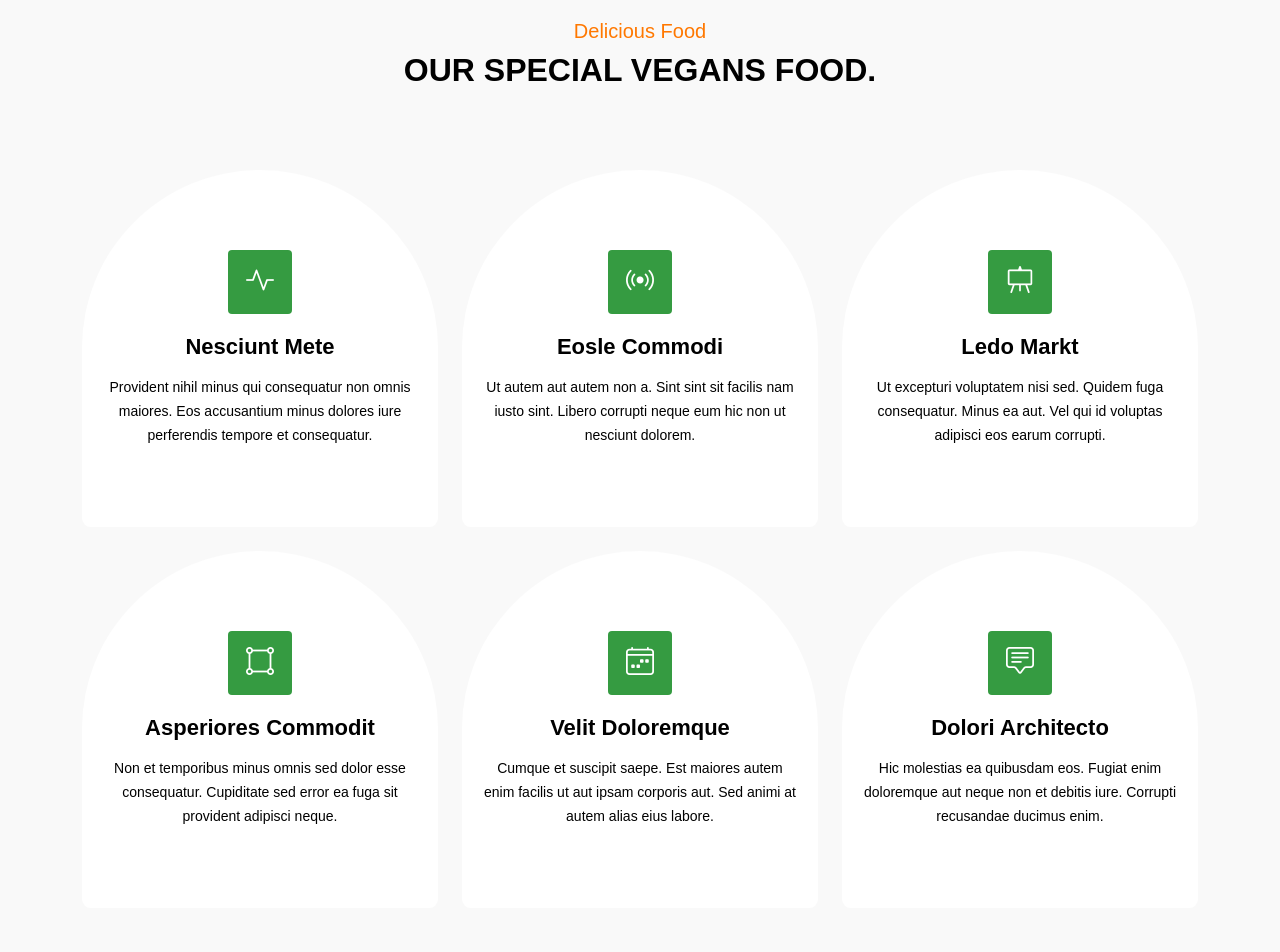
Repository: junivig/volt-new-project
Page: index.html
An editor plug-in stored every save of this project. The page is shown before and after the next save, followed by the edit.
The browser window is 1280 px wide. The pictures show the part of the page from y = 1874 to 2826 px (the page is 3430 px tall before and 3097 px after).

Above is the page before, as saved 2025-01-29 20:57:08.

After the next save:
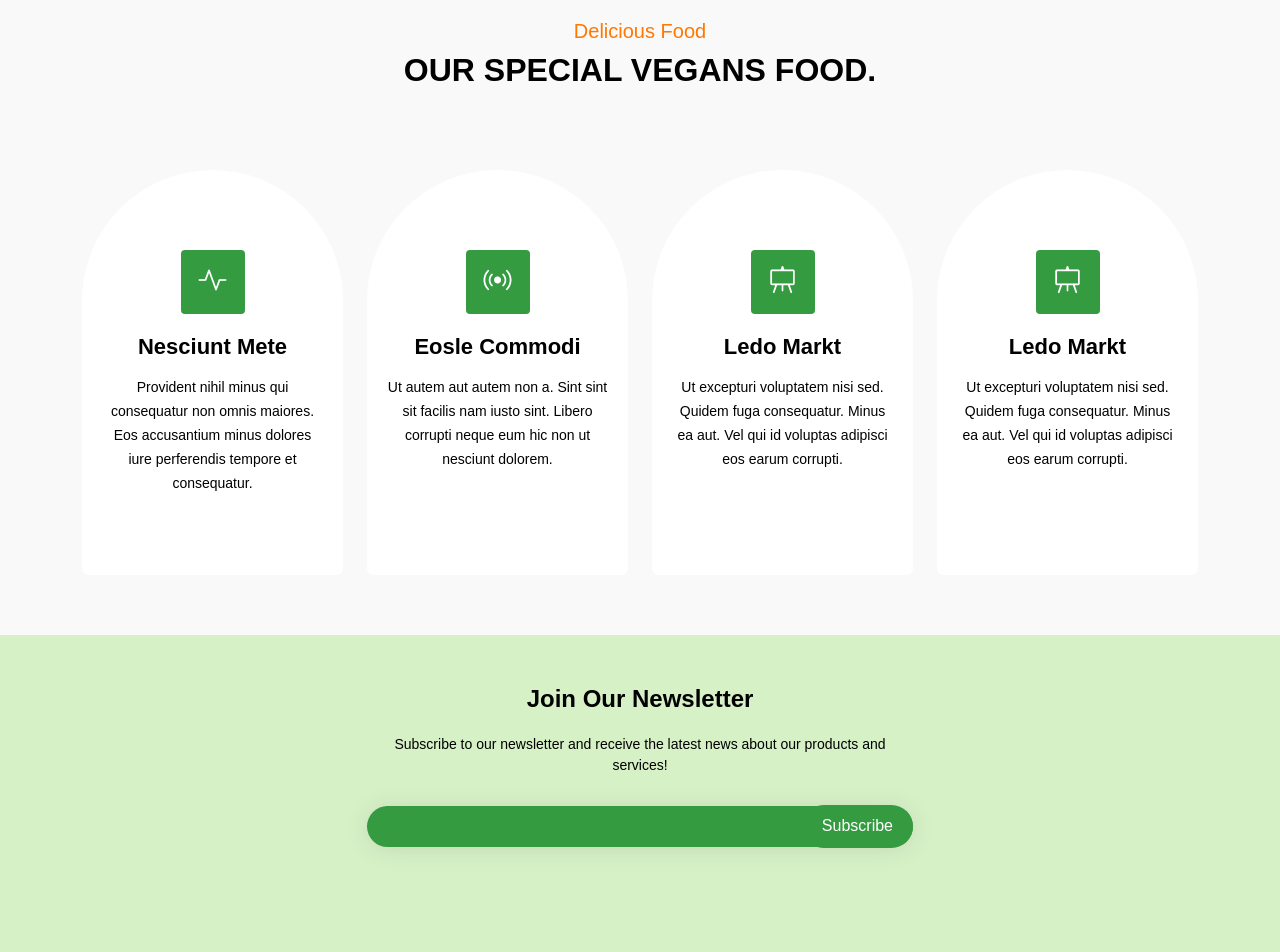
Saved 50 s later.
--- a/index.html
+++ b/index.html
@@ -326,7 +326,7 @@
 
           <div class="container">
             <div class="row gy-4">
-              <div class="col-lg-4 col-md-6" data-aos="fade-up" data-aos-delay="100">
+              <div class="col-lg-3 col-md-6" data-aos="fade-up" data-aos-delay="100">
                 <div class="service-item position-relative">
                   <div class="icon">
                     <i class="bi bi-activity"></i>
@@ -338,7 +338,7 @@
                 </div>
               </div><!-- End Service Item -->
 
-              <div class="col-lg-4 col-md-6" data-aos="fade-up" data-aos-delay="200">
+              <div class="col-lg-3 col-md-6" data-aos="fade-up" data-aos-delay="200">
                 <div class="service-item position-relative">
                   <div class="icon">
                     <i class="bi bi-broadcast"></i>
@@ -350,7 +350,7 @@
                 </div>
               </div><!-- End Service Item -->
 
-              <div class="col-lg-4 col-md-6" data-aos="fade-up" data-aos-delay="300">
+              <div class="col-lg-3 col-md-6" data-aos="fade-up" data-aos-delay="300">
                 <div class="service-item position-relative">
                   <div class="icon">
                     <i class="bi bi-easel"></i>
@@ -362,42 +362,15 @@
                 </div>
               </div><!-- End Service Item -->
 
-              <div class="col-lg-4 col-md-6" data-aos="fade-up" data-aos-delay="400">
+              <div class="col-lg-3 col-md-6" data-aos="fade-up" data-aos-delay="300">
                 <div class="service-item position-relative">
                   <div class="icon">
-                    <i class="bi bi-bounding-box-circles"></i>
+                    <i class="bi bi-easel"></i>
                   </div>
                   <a href="service-details.html" class="stretched-link">
-                    <h3>Asperiores Commodit</h3>
+                    <h3>Ledo Markt</h3>
                   </a>
-                  <p>Non et temporibus minus omnis sed dolor esse consequatur. Cupiditate sed error ea fuga sit provident adipisci neque.</p>
-                  <a href="service-details.html" class="stretched-link"></a>
-                </div>
-              </div><!-- End Service Item -->
-
-              <div class="col-lg-4 col-md-6" data-aos="fade-up" data-aos-delay="500">
-                <div class="service-item position-relative">
-                  <div class="icon">
-                    <i class="bi bi-calendar4-week"></i>
-                  </div>
-                  <a href="service-details.html" class="stretched-link">
-                    <h3>Velit Doloremque</h3>
-                  </a>
-                  <p>Cumque et suscipit saepe. Est maiores autem enim facilis ut aut ipsam corporis aut. Sed animi at autem alias eius labore.</p>
-                  <a href="service-details.html" class="stretched-link"></a>
-                </div>
-              </div><!-- End Service Item -->
-
-              <div class="col-lg-4 col-md-6" data-aos="fade-up" data-aos-delay="600">
-                <div class="service-item position-relative">
-                  <div class="icon">
-                    <i class="bi bi-chat-square-text"></i>
-                  </div>
-                  <a href="service-details.html" class="stretched-link">
-                    <h3>Dolori Architecto</h3>
-                  </a>
-                  <p>Hic molestias ea quibusdam eos. Fugiat enim doloremque aut neque non et debitis iure. Corrupti recusandae ducimus enim.</p>
-                  <a href="service-details.html" class="stretched-link"></a>
+                  <p>Ut excepturi voluptatem nisi sed. Quidem fuga consequatur. Minus ea aut. Vel qui id voluptas adipisci eos earum corrupti.</p>
                 </div>
               </div><!-- End Service Item -->
 
